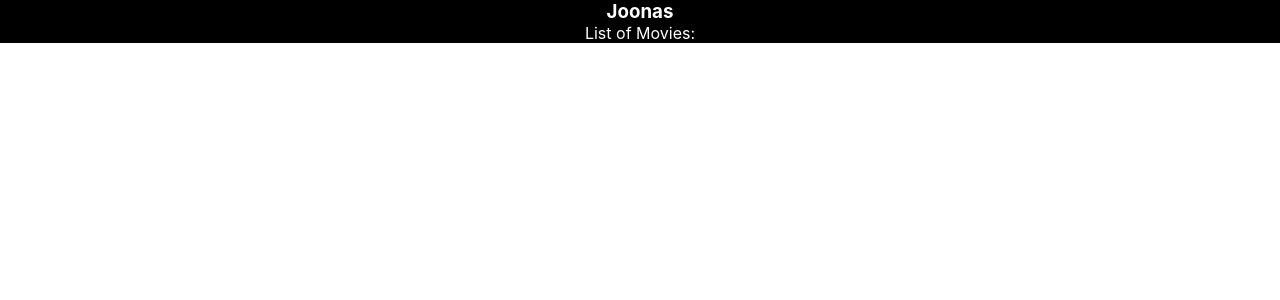
Repository: SubmergedSnake/react-usecontext
Page: /
These files come from the project's save history. The page is drawn as it stood at one moment and after the next save; the edit follows.
The browser window is 1280 px wide. The pictures show the whole page.
The project was rebuilt for these pictures with package versions that can differ from the ones it lists, and the page was loaded fresh each time.

Above is the page before, as saved 2020-11-21 18:49:30.

After the next save:
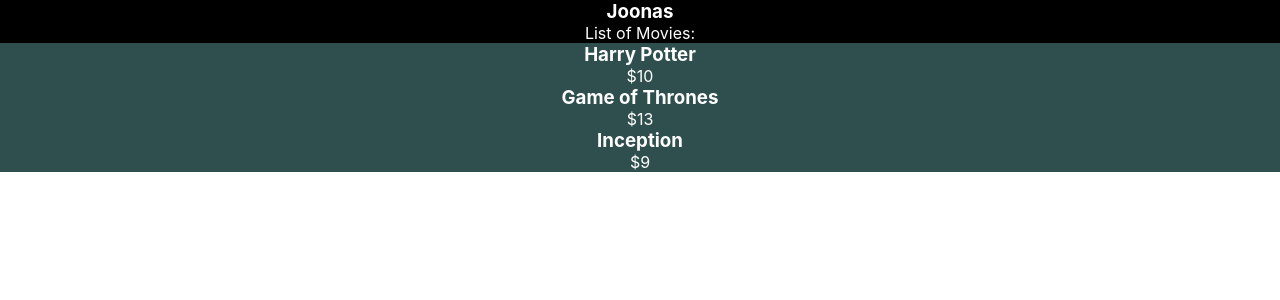
Saved 18 s later.
--- a/src/MovieList.js
+++ b/src/MovieList.js
@@ -10,13 +10,13 @@
 const [movies, setMovies] = useContext(MovieContext);
     return (
         <div style={listStyle}>
-            {/*{movies.map(movie => (
+            {movies.map(movie => (
                 <Movie
                 name={movie.name}
                 price={movie.price}
                 key={movie.id}
             />
-            ))}*/}
+            ))}
         </div>
     );
 
